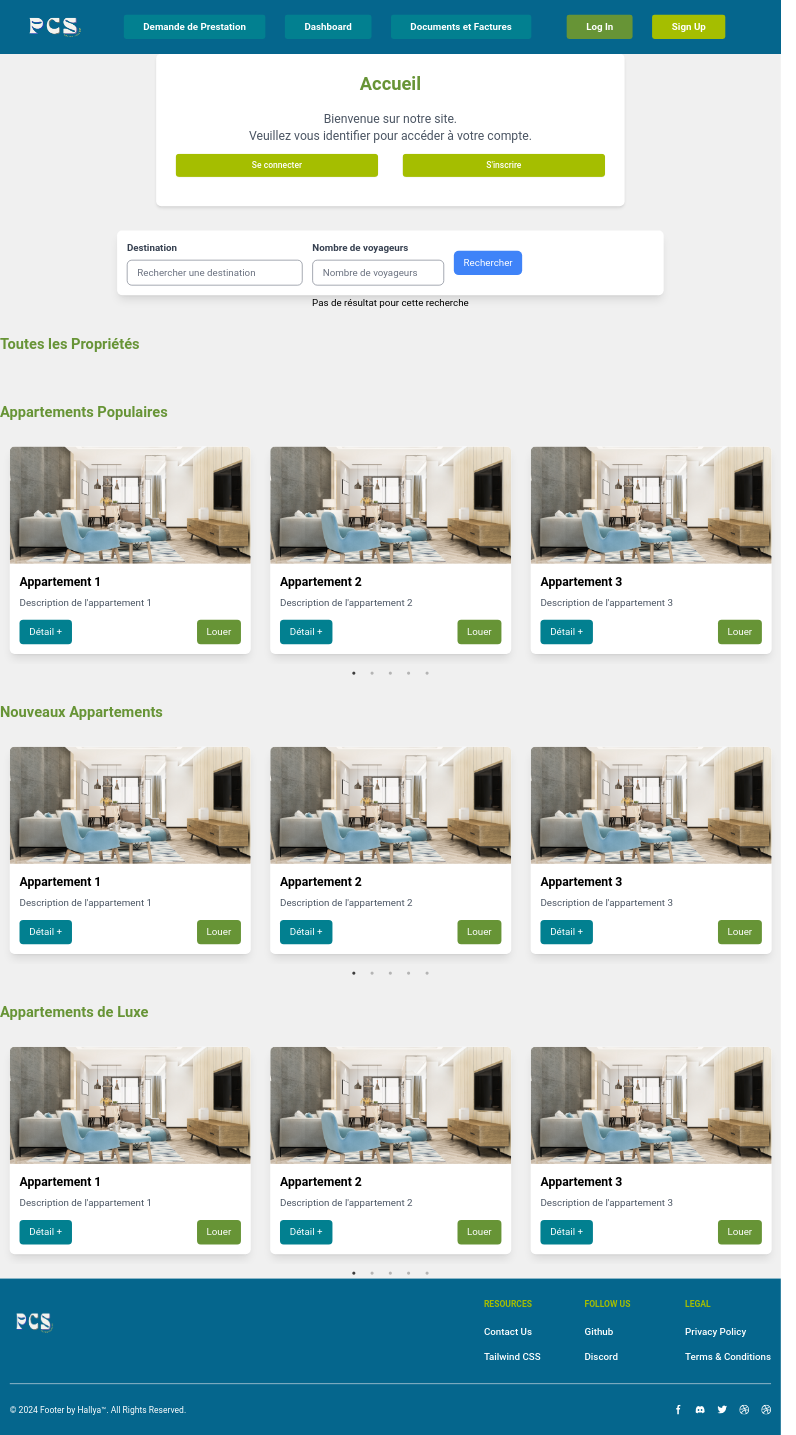
Repository: HATTOUNGBRE/ProjetAnnuel2
Page: / (app in FRONT/)
The author's editor kept a copy of each file at every save. The page is drawn from the files as they stood at one save, then again after the next save.
The browser window is 1280 px wide. The page is 1305 px wide, so the pictures cover 1305 px, including what lies to the right of the window. The pictures show the whole page, at 61% of full size.
The page's requests for data from a server got no answer. The project was rebuilt for these pictures with package versions that can differ from the ones it lists, and the page was loaded fresh each time. No one was signed in, and anything a server would have sent is missing. Also part of the build but not shown: FRONT/vite.config.js, FRONT/src/components/PropertyDetails.jsx, FRONT/src/components/Contact.jsx, FRONT/src/components/CatUser.jsx, FRONT/src/components/Login.jsx, FRONT/src/components/prestataire/PrestataireType.jsx, FRONT/src/components/prestataire/PrestataireDetails.jsx, FRONT/src/components/Account.jsx and 16 more.

Above is the page before, as saved 2024-07-06 12:00:30.

After the next save:
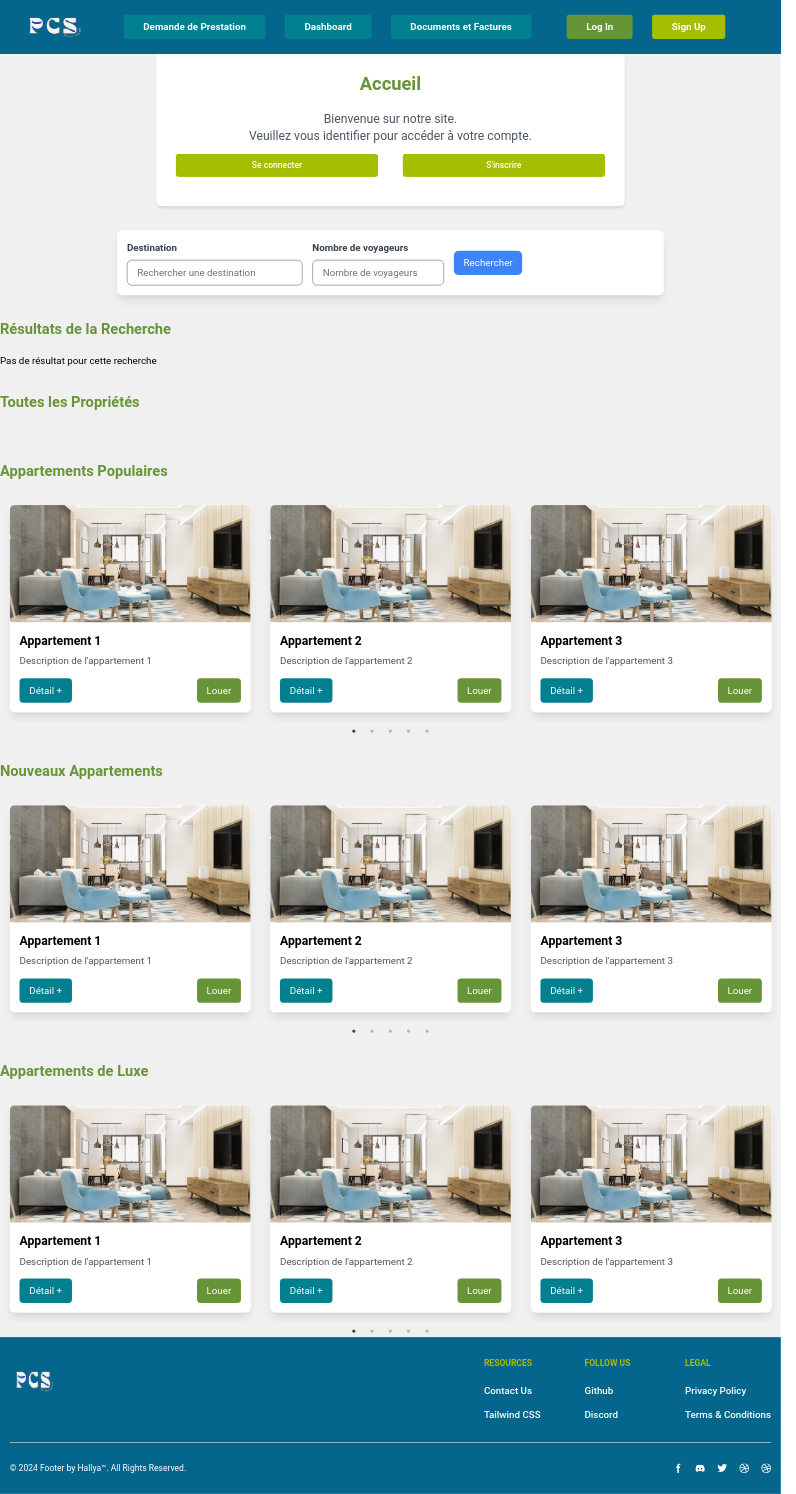
Saved 10 min 50 s later.
--- a/FRONT/src/components/Main.jsx
+++ b/FRONT/src/components/Main.jsx
@@ -5,7 +5,6 @@ import PropertySliderSection from './PropertySliderSection';
 import PropertyRow from './PropertyRow';
 import PropertyDetails from './PropertyDetails';
 import SearchForm from './SearchForm';
-import SearchResults from './SearchResults';
 import 'slick-carousel/slick/slick.css';
 import 'slick-carousel/slick/slick-theme.css';
 
@@ -13,20 +12,11 @@ function Main() {
   const { isLoggedIn, userRole } = useContext(AuthContext);
   const [searchTerm, setSearchTerm] = useState('');
   const [maxPersons, setMaxPersons] = useState('');
-  const [cities, setCities] = useState([]);
   const [properties, setProperties] = useState([]);
   const [allProperties, setAllProperties] = useState([]);
   const [selectedProperty, setSelectedProperty] = useState(null);
   const [showDetails, setShowDetails] = useState(false);
   const [showReservationForm, setShowReservationForm] = useState(false);
-
-  useEffect(() => {
-    if (searchTerm.length >= 2) {
-      searchCities(searchTerm);
-    } else {
-      setCities([]);
-    }
-  }, [searchTerm]);
 
   useEffect(() => {
     fetchAllProperties();
@@ -43,18 +33,6 @@ function Main() {
     }
   };
 
-  const searchCities = async (term) => {
-    console.log('Searching for cities with term:', term);
-    try {
-      const response = await fetch(`https://geo.api.gouv.fr/communes?nom=${term}&fields=departement&boost=population&limit=5`);
-      const data = await response.json();
-      console.log('Cities fetched:', data);
-      setCities(data);
-    } catch (error) {
-      console.error('Error fetching cities:', error);
-    }
-  };
-
   const handleSearch = async (e) => {
     e.preventDefault();
     console.log('Search initiated with term:', searchTerm, 'and max persons:', maxPersons);
@@ -63,7 +41,6 @@ function Main() {
       const data = await response.json();
       console.log('Properties fetched:', data);
       setProperties(data);
-      setCities([]);  // Effacer les suggestions après la sélection
     } catch (error) {
       console.error('Error fetching properties:', error);
     }
@@ -95,16 +72,6 @@ function Main() {
     ]
   };
 
-  const handleShowDetails = (property) => {
-    setSelectedProperty(property);
-    setShowDetails(true);
-  };
-
-  const handleShowReservationForm = (property) => {
-    setSelectedProperty(property);
-    setShowReservationForm(true);
-  };
-
   return (
     <div className="min-h-screen bg-pcs-100 flex flex-col items-center justify-center">
       <div className="max-w-3xl w-full p-8 bg-white shadow-md rounded-lg text-center">
@@ -131,17 +98,37 @@ function Main() {
 
       {/* Barre de recherche */}
       {!isLoggedIn || userRole === 'voyageur' ? (
-        <SearchForm
-          handleSearch={handleSearch}
-          searchTerm={searchTerm}
-          setSearchTerm={setSearchTerm}
-          maxPersons={maxPersons}
-          setMaxPersons={setMaxPersons}
-        />
+        <SearchForm handleSearch={handleSearch} searchTerm={searchTerm} setSearchTerm={setSearchTerm} maxPersons={maxPersons} setMaxPersons={setMaxPersons} />
       ) : null}
 
       {/* Résultats de la recherche */}
-      <SearchResults searchTerm={searchTerm} maxPersons={maxPersons} />
+      <div className="mt-10 w-full">
+        <h2 className="text-2xl font-semibold text-pcs-400 mb-6">Résultats de la Recherche</h2>
+        {properties.length === 0 ? (
+          <div>Pas de résultat pour cette recherche</div>
+        ) : (
+          <div className="flex flex-wrap">
+            {properties.map(property => (
+              <div key={property.id} className="p-4 w-full md:w-1/3">
+                <div className="bg-white shadow-lg rounded-lg overflow-hidden">
+                  <img src={`http://localhost:8000/uploads/property_photos/${property.image}`} alt={property.name} className="h-48 w-full object-cover" />
+                  <div className="p-4">
+                    <h3 className="text-xl font-semibold mb-2">{property.name}</h3>
+                    <p className="text-gray-600 mb-4">{property.description}</p>
+                    <p className="text-gray-600 mb-4">{property.commune}</p>
+                    <p className="text-gray-600 mb-4">Nb de prs max: {property.maxPersons}</p>
+                    <p className="text-gray-600 mb-4">{property.price} €/jour</p>
+                    <div className="flex justify-between">
+                      <button className="bg-pcs-250 hover:bg-pcs-200 text-white py-2 px-4 rounded-md" onClick={() => setSelectedProperty(property)}>Détail +</button>
+                      <Link to={`/louer-un-logement?id=${property.id}`} className="bg-pcs-400 text-white py-2 px-4 rounded-md">Louer</Link>
+                    </div>
+                  </div>
+                </div>
+              </div>
+            ))}
+          </div>
+        )}
+      </div>
 
       {/* Section pour toutes les propriétés */}
       <div className="mt-10 w-full">
